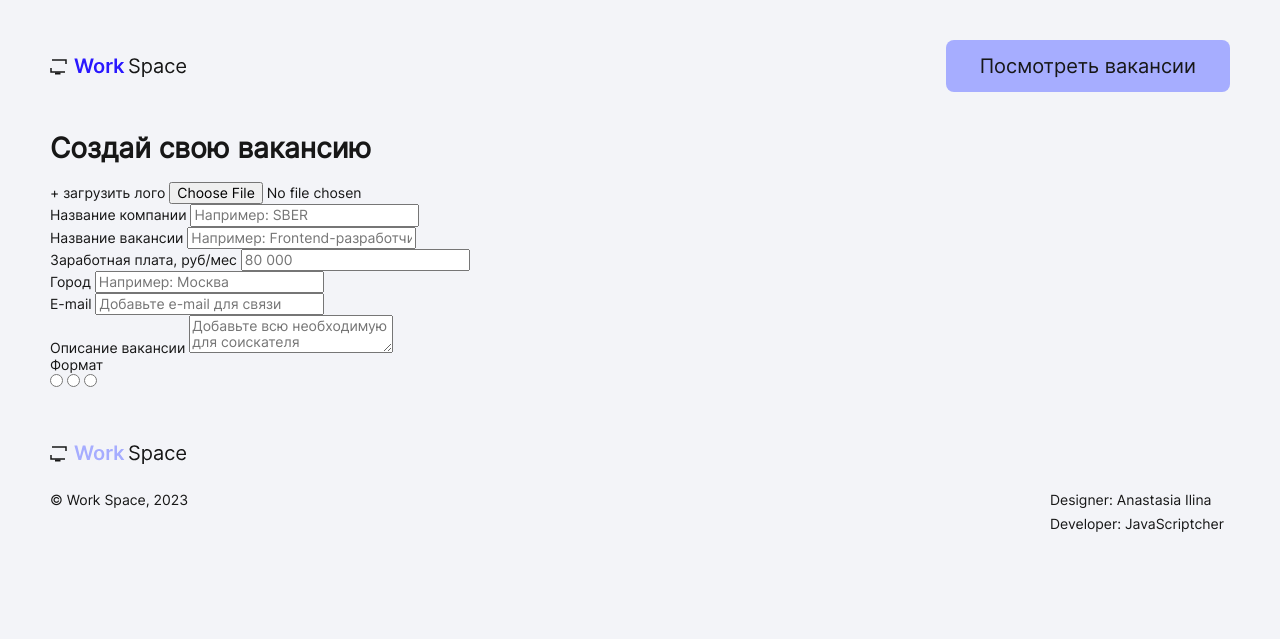
Repository: alexboagreek/workspace_js
Page: employer.html
These files come from the project's save history. The page is drawn as it stood at one moment and after a run of saves; the edit follows.
The browser window is 1280 px wide. The pictures show the whole page.

Above is the page before, as saved 2023-09-12 12:23:18.
Console error: TypeError: Cannot read properties of null (reading 'addEventListener')

After the next 2 saves:
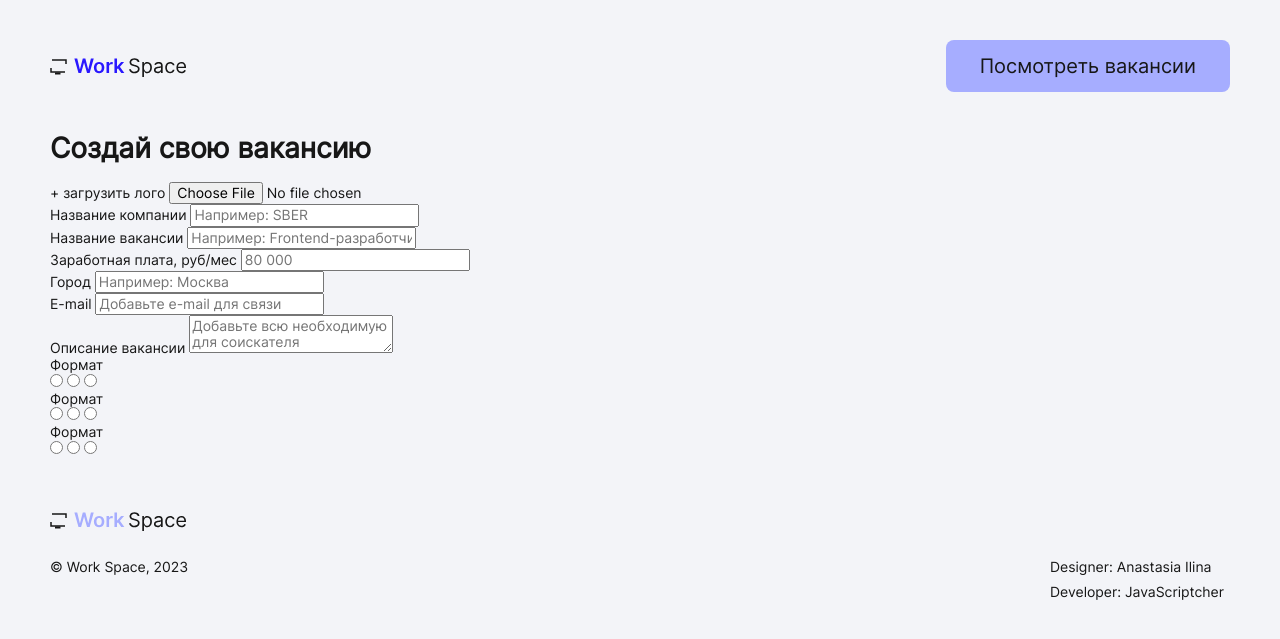
The 2 saves are shown as one change because they came seconds apart.
The last was saved 22 s later.
--- a/employer.html
+++ b/employer.html
@@ -134,6 +134,38 @@
 
 
             <div class="employer__radio-buttons">
+              <fieldset class="employer__fieldset-radio">
+                <legend class="employer__legend">Формат</legend>
+
+                <label class="employer__label-radio radio">
+                  <input type="radio" class="radio__input" id="" name="" value="">
+                </label>
+
+                <label class="employer__label-radio radio">
+                  <input type="radio" class="radio__input" id="" name="" value="">
+                </label>
+
+                <label class="employer__label-radio radio">
+                  <input type="radio" class="radio__input" id="" name="" value="">
+                </label>
+              </fieldset>
+
+              <fieldset class="employer__fieldset-radio">
+                <legend class="employer__legend">Формат</legend>
+
+                <label class="employer__label-radio radio">
+                  <input type="radio" class="radio__input" id="" name="" value="">
+                </label>
+
+                <label class="employer__label-radio radio">
+                  <input type="radio" class="radio__input" id="" name="" value="">
+                </label>
+
+                <label class="employer__label-radio radio">
+                  <input type="radio" class="radio__input" id="" name="" value="">
+                </label>
+              </fieldset>
+
               <fieldset class="employer__fieldset-radio">
                 <legend class="employer__legend">Формат</legend>
 
